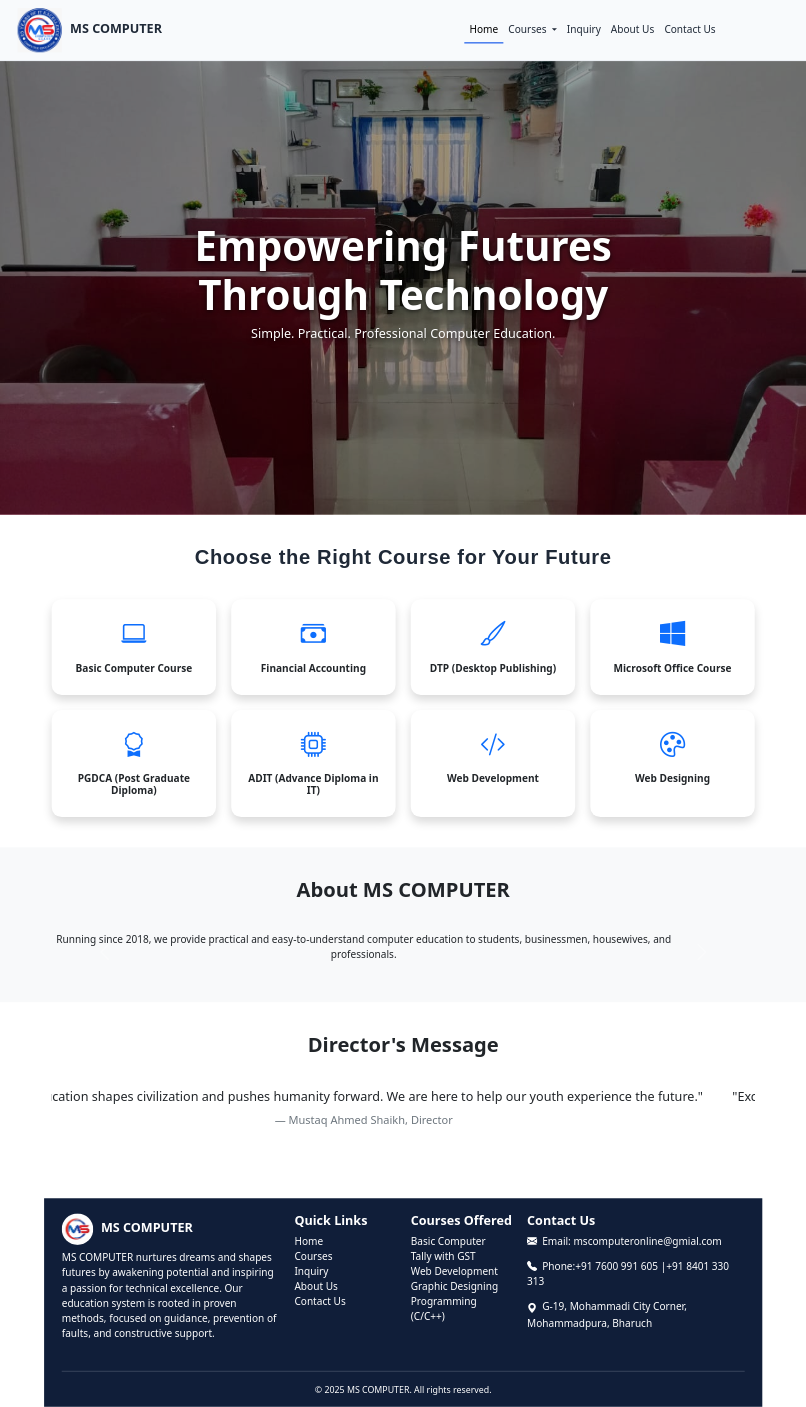
Repository: mscomputer2025/mscomputer
Page: http://localhost/
The author's editor kept a copy of each file at every save. The page is drawn from the files as they stood at one save, then again after the next save.
The browser window is 1280 px wide. The pictures show the whole page, at 63% of full size.
Some web fonts or font styles are not loaded; a fallback is used. The page is served by the project's Laravel application, run on PHP 8.4 with Laravel 12. Queries for data that is not in the repository find no rows.

Above is the page before, as saved 2025-07-01 14:46:01.

After the next save:
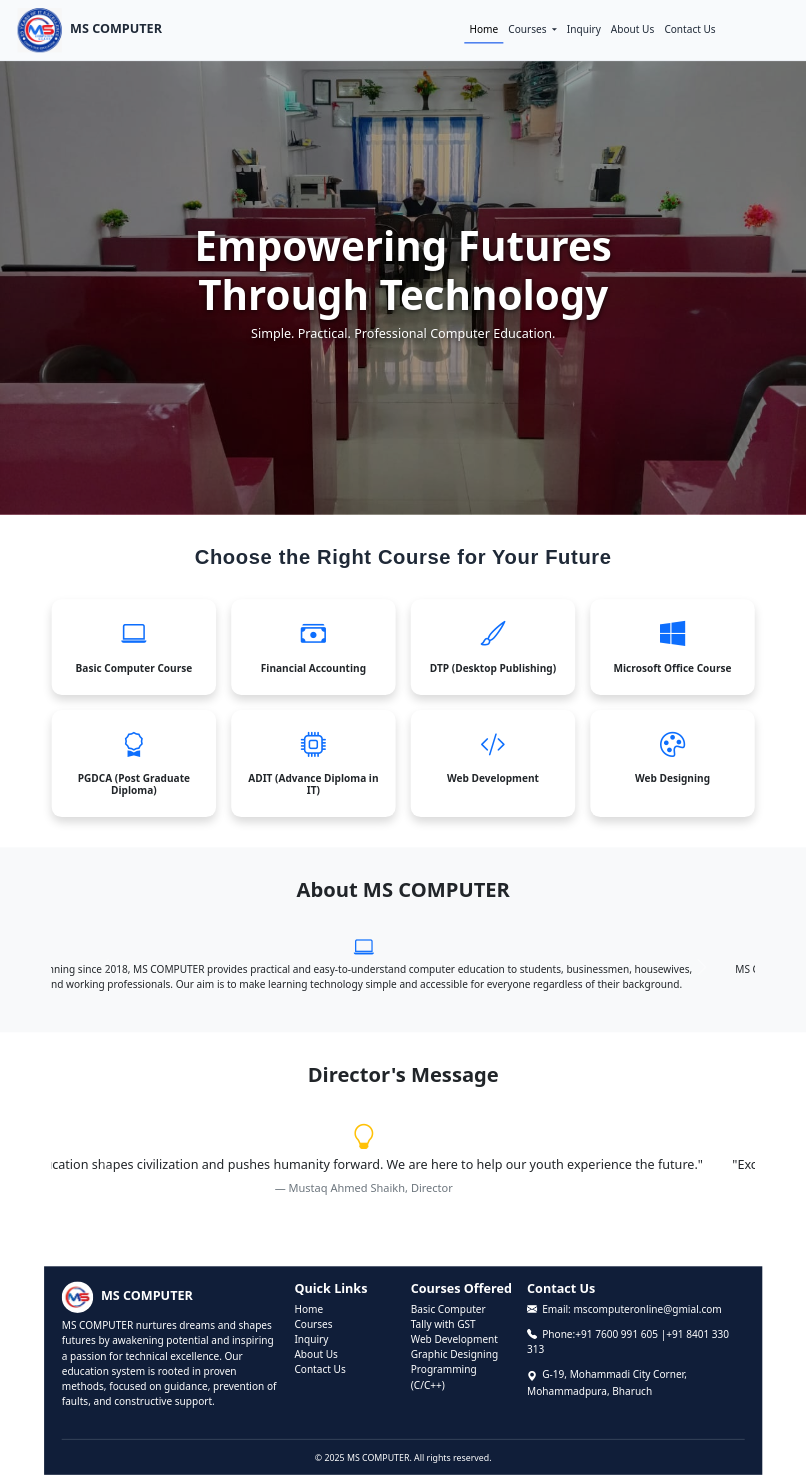
Saved 4 min 34 s later.
--- a/resources/views/homepage.blade.php
+++ b/resources/views/homepage.blade.php
@@ -40,23 +40,29 @@
         </div>
     </section>
 
-<!-- About Us Carousel Section -->
+<!-- About Us Carousel Section with Paragraphs and Icons -->
 <section class="py-5 bg-light">
   <div class="container">
     <h2 class="text-center fw-bold mb-5">About MS COMPUTER</h2>
     <div id="aboutCarousel" class="carousel slide" data-bs-ride="carousel">
       <div class="carousel-inner">
         <div class="carousel-item active">
-          <p class="text-center px-4">Running since 2018, we provide practical and easy-to-understand computer education to students, businessmen, housewives, and professionals.</p>
+          <div class="text-center px-4">
+            <i class="bi bi-laptop fs-2 text-primary mb-3"></i>
+            <p>Running since 2018, MS COMPUTER provides practical and easy-to-understand computer education to students, businessmen, housewives, and working professionals. Our aim is to make learning technology simple and accessible for everyone regardless of their background.</p>
+          </div>
         </div>
         <div class="carousel-item">
-          <p class="text-center px-4">Our goal is to train young minds to be leaders with strong values and dedication to excellence, truth, and justice.</p>
+          <div class="text-center px-4">
+            <i class="bi bi-award fs-2 text-success mb-3"></i>
+            <p>MS Computer Institute is ISO-9001-2015 certified and accredited by the Government of India. Located near Muhammadpura Circle, Bharuch, the institute is rooted in an industrial region, offering students immense exposure to a real-world tech environment.</p>
+          </div>
         </div>
         <div class="carousel-item">
-          <p class="text-center px-4">We offer 100% practical training with a strong commitment to academic and professional success for all students.</p>
-        </div>
-        <div class="carousel-item">
-          <p class="text-center px-4">Located in Bharuch, our ISO-certified institute is equipped to expose students to real-life corporate environments and tech skills.</p>
+          <div class="text-center px-4">
+            <i class="bi bi-bullseye fs-2 text-danger mb-3"></i>
+            <p>Our goal is to empower youth to become responsible and skilled professionals by promoting values like discipline, self-reliance, and technical competence through hands-on training and structured methodology.</p>
+          </div>
         </div>
       </div>
       <button class="carousel-control-prev" type="button" data-bs-target="#aboutCarousel" data-bs-slide="prev">
@@ -71,26 +77,29 @@
   </div>
 </section>
 
-<!-- Director's Quotes Carousel Section -->
+<!-- Director's Quotes Carousel Section with Icons and Auto Slide -->
 <section class="py-5 bg-white">
   <div class="container">
     <h2 class="text-center fw-bold mb-5">Director's Message</h2>
-    <div id="quoteCarousel" class="carousel slide" data-bs-ride="carousel">
+    <div id="quoteCarousel" class="carousel slide" data-bs-ride="carousel" data-bs-interval="5000" data-bs-pause="hover">
       <div class="carousel-inner">
         <div class="carousel-item active">
           <blockquote class="blockquote text-center">
+            <i class="bi bi-lightbulb fs-1 text-warning mb-3"></i>
             <p class="mb-4">"Education shapes civilization and pushes humanity forward. We are here to help our youth experience the future."</p>
             <footer class="blockquote-footer">Mustaq Ahmed Shaikh, Director</footer>
           </blockquote>
         </div>
         <div class="carousel-item">
           <blockquote class="blockquote text-center">
+            <i class="bi bi-star-fill fs-1 text-primary mb-3"></i>
             <p class="mb-4">"Excellence and value are not just our principles, but our promise to every student that walks through our doors."</p>
             <footer class="blockquote-footer">Mustaq Ahmed Shaikh, Director</footer>
           </blockquote>
         </div>
         <div class="carousel-item">
           <blockquote class="blockquote text-center">
+            <i class="bi bi-rocket fs-1 text-danger mb-3"></i>
             <p class="mb-4">"We nurture dreams, develop skills, and help youth become self-reliant and ethically strong professionals."</p>
             <footer class="blockquote-footer">Mustaq Ahmed Shaikh, Director</footer>
           </blockquote>
